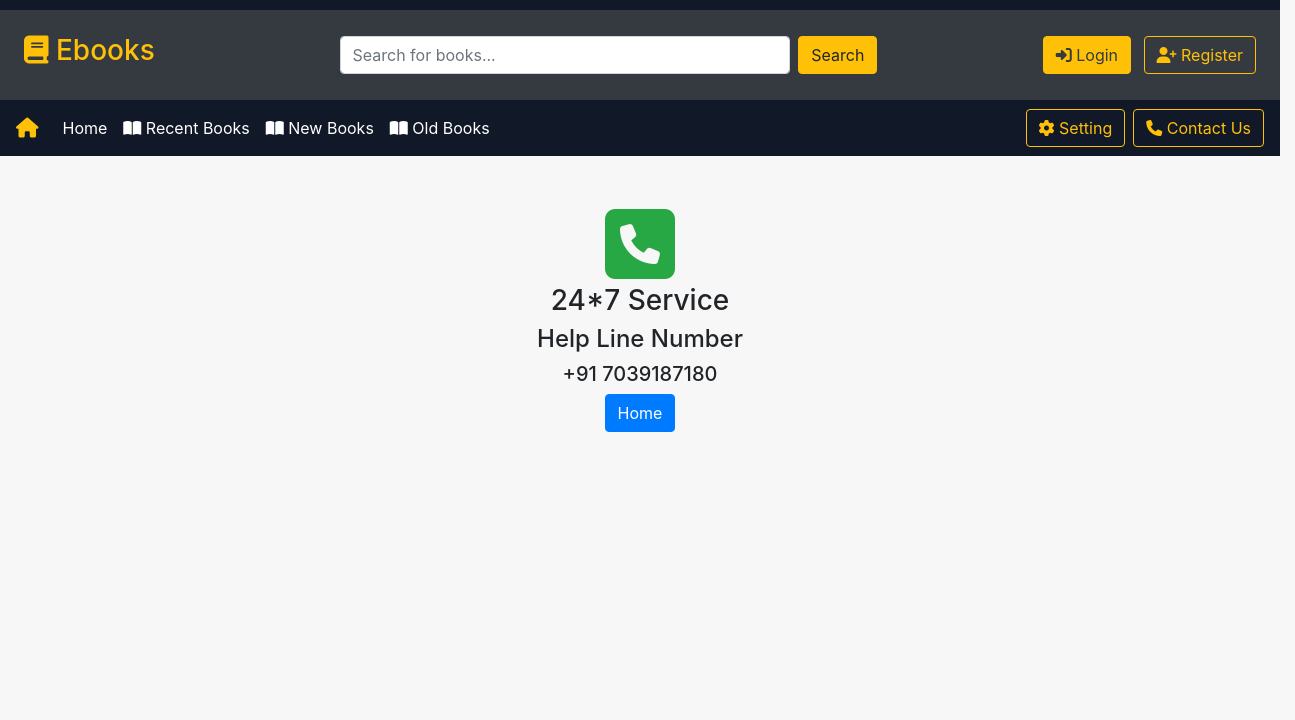
Repository: ShivammGiri29/Ebook
Page: http://localhost/Ebook-App/helpline.jsp
These files come from the project's save history. The page is drawn as it stood at one moment and after the next save; the edit follows.
The browser window is 1280 px wide. The page is 1295 px wide, then 1280 px, so the pictures cover 1295 px, including what lies to the right of the window. The pictures show the whole page.
Some web libraries are served in a nearby version. The page is served by Tomcat 9. Other server files are loaded and not shown.

Above is the page before, as saved 2025-09-15 13:33:01.

### Ebook-App/src/main/webapp/helpline.jsp
<%@ page language="java" contentType="text/html; charset=UTF-8"
	pageEncoding="UTF-8"%>
<!DOCTYPE html>
<html>
<head>
<meta charset="UTF-8">
<title>HelpLine</title>
<%@include file="all_component/allCss.jsp"%>

</head>
<body style="background-color: #f7f7f7;">
	<%@include file="all_component/nav.jsp"%>
	<div class="containerr">
		<div class="row p-5">
			<div class="col-md-4 offset-md-4 text-center">
				<div class="text-success ">
					<i class="fa-solid fa-phone-square fa-5x"></i>
				</div>
				<h3>24*7 Service</h3>
				<h4>Help Line Number</h4>
				<h5>+91 7039187180</h5>
				<a href="index.jsp" class="btn btn-primary">Home</a>
			</div>
		</div>
	</div>

</body>
</html>

### Ebook-App/src/main/webapp/all_component/allCss.jsp
<link rel="stylesheet"
	href="https://cdn.jsdelivr.net/npm/bootstrap@4.0.0/dist/css/bootstrap.min.css"
	integrity="sha384-Gn5384xqQ1aoWXA+058RXPxPg6fy4IWvTNh0E263XmFcJlSAwiGgFAW/dAiS6JXm"
	crossorigin="anonymous">
<script src="https://code.jquery.com/jquery-3.2.1.slim.min.js"
	integrity="sha384-KJ3o2DKtIkvYIK3UENzmM7KCkRr/rE9/Qpg6aAZGJwFDMVNA/GpGFF93hXpG5KkN"
	crossorigin="anonymous"></script>
<script
	src="https://cdn.jsdelivr.net/npm/popper.js@1.12.9/dist/umd/popper.min.js"
	integrity="sha384-ApNbgh9B+Y1QKtv3Rn7W3mgPxhU9K/ScQsAP7hUibX39j7fakFPskvXusvfa0b4Q"
	crossorigin="anonymous"></script>
<script
	src="https://cdn.jsdelivr.net/npm/bootstrap@4.0.0/dist/js/bootstrap.min.js"
	integrity="sha384-JZR6Spejh4U02d8jOt6vLEHfe/JQGiRRSQQxSfFWpi1MquVdAyjUar5+76PVCmYl"
	crossorigin="anonymous"></script>
<link rel="stylesheet"
	href="https://cdnjs.cloudflare.com/ajax/libs/font-awesome/6.7.2/css/all.min.css"
	integrity="sha512-Evv84Mr4kqVGRNSgIGL/F/aIDqQb7xQ2vcrdIwxfjThSH8CSR7PBEakCr51Ck+w+/U6swU2Im1vVX0SVk9ABhg=="
	crossorigin="anonymous" referrerpolicy="no-referrer" />

<link rel="stylesheet" href="all_component/style.css">

### Ebook-App/src/main/webapp/all_component/nav.jsp
<%@ taglib prefix="c" uri="http://java.sun.com/jsp/jstl/core"%>
<%@page isELIgnored="false"%>

<!-- Top Thin Bar -->
<div class="container-fluid" style="height: 10px; background-color: #111827;"></div>

<!-- Logo + Search + User Section -->
<div class="container-fluid p-4 bg-dark text-white shadow-sm">
  <div class="row align-items-center">

    <!-- Logo -->
    <div class="col-md-3 text-warning">
      <h3>
        <i class="fa-solid fa-book"></i> Ebooks
      </h3>
    </div>

    <!-- Search -->
    <div class="col-md-6">
      <form class="form-inline my-2 my-lg-0" action="search.jsp" method="post">
        <input class="form-control mr-sm-2 w-75" type="search" name="ch"
          placeholder="Search for books..." aria-label="Search">
        <button class="btn btn-warning my-2 my-sm-0" type="submit">Search</button>
      </form>
    </div>

    <!-- User Section -->
    <c:if test="${not empty userobj}">
      <div class="col-md-3 text-right">
        <a href="checkout.jsp" class="btn btn-outline-warning mr-2">
          <i class="fa-solid fa-cart-plus"></i>
        </a>
        <a href="#" class="btn btn-warning text-dark mr-2">
          <i class="fa-solid fa-user"></i> ${userobj.name}
        </a>
        <a href="logout" class="btn btn-danger text-white">
          <i class="fa-solid fa-right-to-bracket"></i> Logout
        </a>
      </div>
    </c:if>

    <c:if test="${empty userobj}">
      <div class="col-md-3 text-right">
        <a href="login.jsp" class="btn btn-warning text-dark mr-2">
          <i class="fa-solid fa-right-to-bracket"></i> Login
        </a>
        <a href="register.jsp" class="btn btn-outline-warning">
          <i class="fa-solid fa-user-plus"></i> Register
        </a>
      </div>
    </c:if>
  </div>
</div>

<!-- Navbar -->
<nav class="navbar navbar-expand-lg" style="background-color: #111827;">
  <a class="navbar-brand text-warning" href="#"><i class="fa-solid fa-house"></i></a>
  <button class="navbar-toggler text-white" type="button" data-toggle="collapse"
    data-target="#navbarSupportedContent" aria-controls="navbarSupportedContent"
    aria-expanded="false" aria-label="Toggle navigation">
    <span class="navbar-toggler-icon"></span>
  </button>

  <div class="collapse navbar-collapse" id="navbarSupportedContent">
    <ul class="navbar-nav mr-auto">
      <li class="nav-item"><a class="nav-link text-white" href="index.jsp">Home</a></li>
      <li class="nav-item"><a class="nav-link text-white" href="all_recent_book.jsp"><i class="fa-solid fa-book-open"></i> Recent Books</a></li>
      <li class="nav-item"><a class="nav-link text-white" href="all_new_book.jsp"><i class="fa-solid fa-book-open"></i> New Books</a></li>
      <li class="nav-item"><a class="nav-link text-white" href="all_old_book.jsp"><i class="fa-solid fa-book-open"></i> Old Books</a></li>
    </ul>
    <form class="form-inline my-2 my-lg-0">
      <a href="setting.jsp" class="btn btn-outline-warning my-2 my-sm-0">
        <i class="fa-solid fa-gear"></i> Setting
      </a>
      <a href="helpline.jsp" class="btn btn-outline-warning my-2 my-sm-0 ml-2">
        <i class="fa-solid fa-phone"></i> Contact Us
      </a>
    </form>
  </div>
</nav>

<!-- Custom Hover Style -->
<style>
  .navbar a.nav-link:hover {
    color: #FBBF24 !important; /* Gold hover */
  }
  .navbar-brand:hover {
    color: #FFD700 !important; /* Premium Gold */
  }
</style>

### Ebook-App/src/main/webapp/all_component/style.css
.bg-custom{
	background-color:#303f9f;
}
.navbar .nav-item:hover .nav-link{
	background-color:white;
	color:black;
	border-radius:15px;
}

### Ebook-App/src/main/webapp/all_component/footer.jsp
<footer class="text-white mt-4" style="background-color: #111827;">
  <div class="container p-4">
    <div class="row">

      <!-- About Section -->
      <div class="col-md-4">
        <h5 class="text-warning">E-Book Management System</h5>
        <p>
          A platform to explore, buy, and manage e-books.
          Find the latest, new, and old books in one place.
        </p>
      </div>

      <!-- Quick Links -->
      <div class="col-md-4">
        <h5 class="text-warning">Quick Links</h5>
        <ul class="list-unstyled">
          <li><a href="index.jsp" class="text-white text-decoration-none">Home</a></li>
          <li><a href="all_recent_book.jsp" class="text-white text-decoration-none">Recent Books</a></li>
          <li><a href="all_new_book.jsp" class="text-white text-decoration-none">New Books</a></li>
          <li><a href="all_old_book.jsp" class="text-white text-decoration-none">Old Books</a></li>
          <li><a href="helpline.jsp" class="text-white text-decoration-none">Contact Us</a></li>
        </ul>
      </div>

      <!-- Contact & Social -->
      <div class="col-md-4">
        <h5 class="text-warning">Contact Us</h5>
        <p><i class="fa-solid fa-envelope text-warning"></i> support@ebookapp.com</p>
        <p><i class="fa-solid fa-phone text-warning"></i> +91 8591636011</p>
        <p><i class="fa-solid fa-location-dot text-warning"></i> Mumbai, India</p>

        <!-- Social Media Icons -->
        <a href="#" class="text-white me-3"><i class="fa-brands fa-facebook"></i></a>
        <a href="#" class="text-white me-3"><i class="fa-brands fa-twitter"></i></a>
        <a href="#" class="text-white me-3"><i class="fa-brands fa-instagram"></i></a>
      </div>
    </div>
  </div>

  <!-- Bottom Bar -->
  <div class="text-center p-2" style="background-color: #0f172a;">
    <small>
      <i class="fa-solid fa-copyright text-warning"></i>
      <%= java.time.Year.now() %> | Design & Developed by <b class="text-warning">Shivam Giri</b>
    </small>
  </div>
</footer>

<style>
  footer a:hover {
    color: #FBBF24 !important; /* Gold hover */
  }
  footer i.fa-brands:hover {
    color: #FFD700 !important; /* Bright premium gold */
  }
</style>

After the next save:
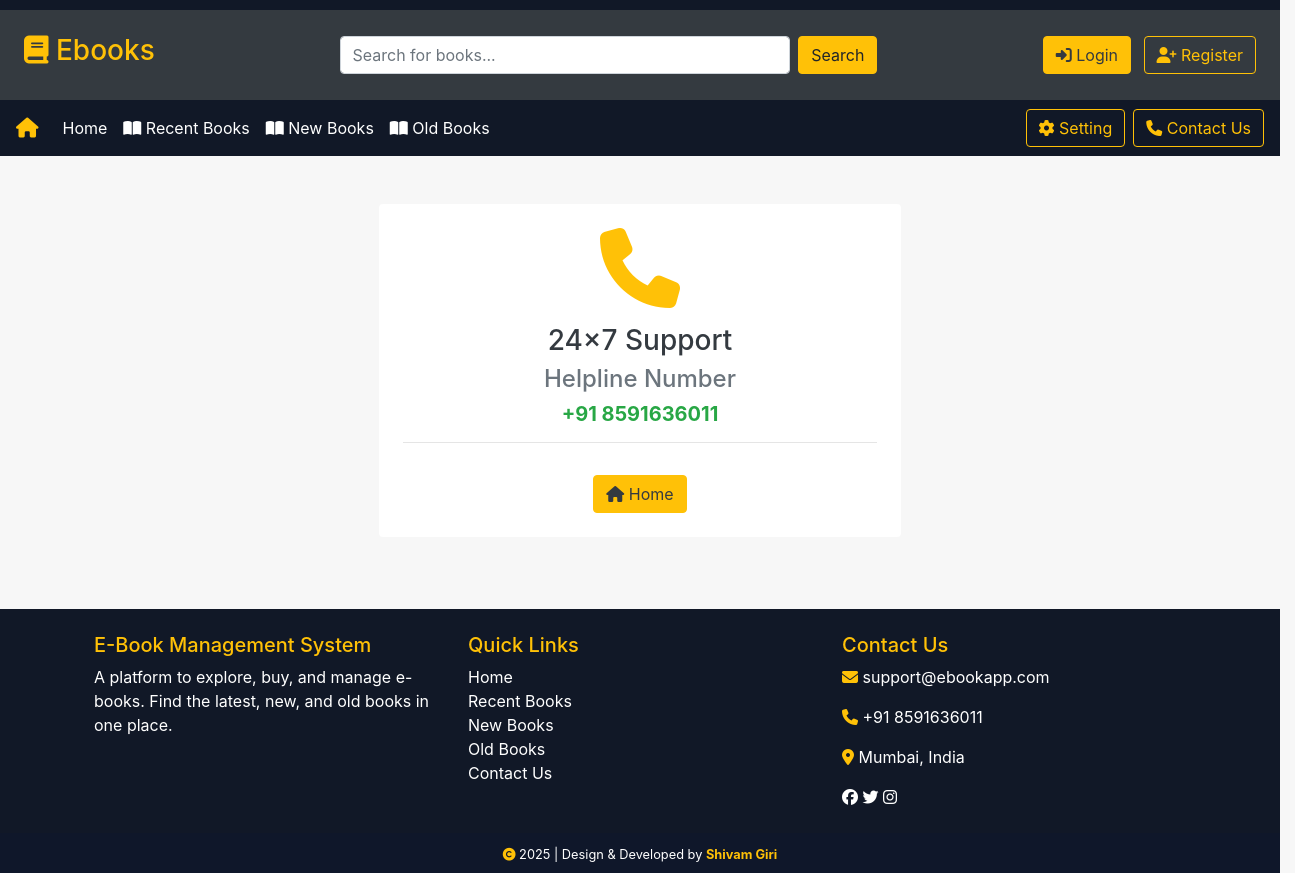
Saved 5 min 24 s later.
--- a/Ebook-App/src/main/webapp/helpline.jsp
+++ b/Ebook-App/src/main/webapp/helpline.jsp
@@ -6,23 +6,28 @@
 <meta charset="UTF-8">
 <title>HelpLine</title>
 <%@include file="all_component/allCss.jsp"%>
-
 </head>
 <body style="background-color: #f7f7f7;">
 	<%@include file="all_component/nav.jsp"%>
-	<div class="containerr">
-		<div class="row p-5">
-			<div class="col-md-4 offset-md-4 text-center">
-				<div class="text-success ">
-					<i class="fa-solid fa-phone-square fa-5x"></i>
+
+	<!-- Helpline Section -->
+	<div class="container">
+		<div class="row justify-content-center text-center p-5">
+			<div class="col-md-6 shadow-lg p-4 bg-white rounded">
+				<div class="text-warning mb-3">
+					<i class="fa-solid fa-phone fa-5x"></i>
 				</div>
-				<h3>24*7 Service</h3>
-				<h4>Help Line Number</h4>
-				<h5>+91 7039187180</h5>
-				<a href="index.jsp" class="btn btn-primary">Home</a>
+				<h3 class="text-dark">24×7 Support</h3>
+				<h4 class="text-secondary">Helpline Number</h4>
+				<h5 class="text-success font-weight-bold">+91 8591636011</h5>
+				<hr>
+				<a href="index.jsp" class="btn btn-warning text-dark mt-3">
+					<i class="fa-solid fa-house"></i> Home
+				</a>
 			</div>
 		</div>
 	</div>
 
+	<%@include file="all_component/footer.jsp"%>
 </body>
 </html>
